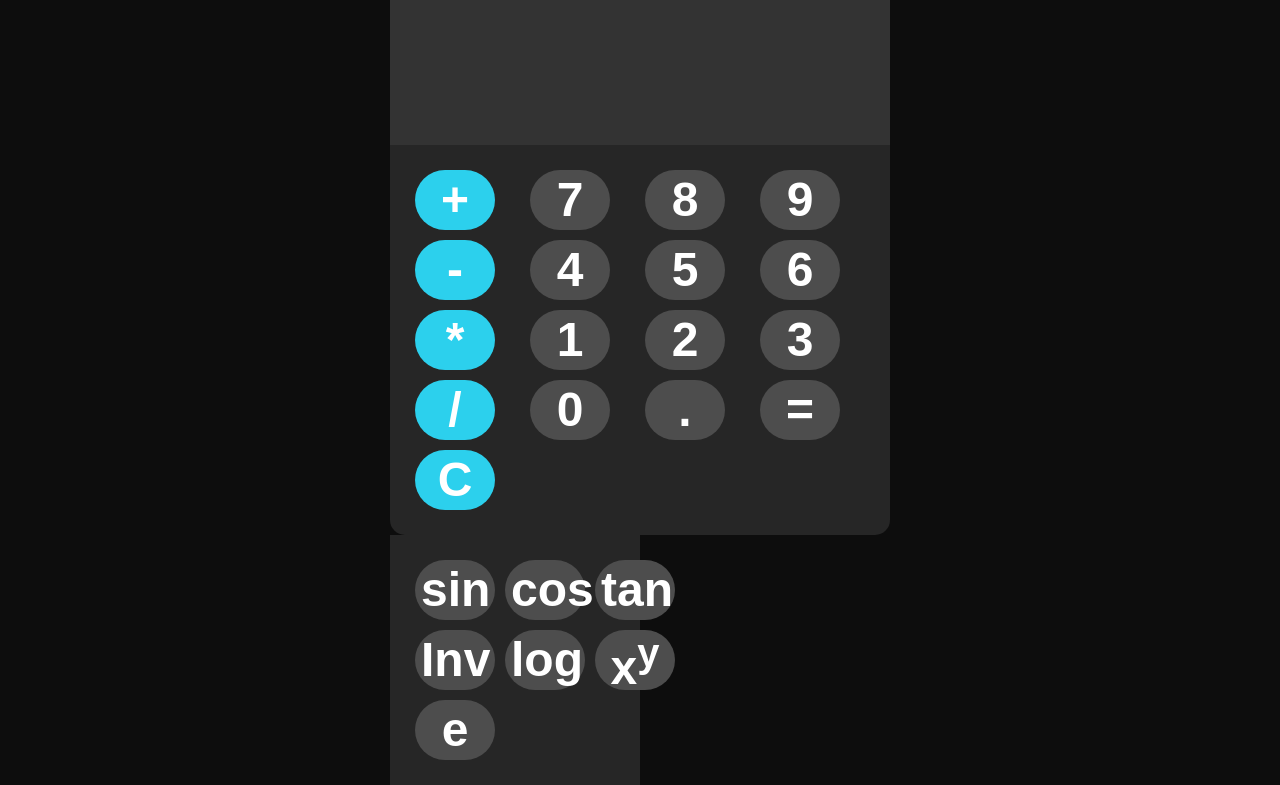
Repository: Haakim19/JavaScript
Page: Calculater/Main.html
The author's editor kept a copy of each file at every save. The page is drawn from the files as they stood at one save, then again after the next save.
The browser window is 1280 px wide. The pictures show the whole page.

Above is the page before, as saved 2024-10-23 10:02:58.

After the next save:
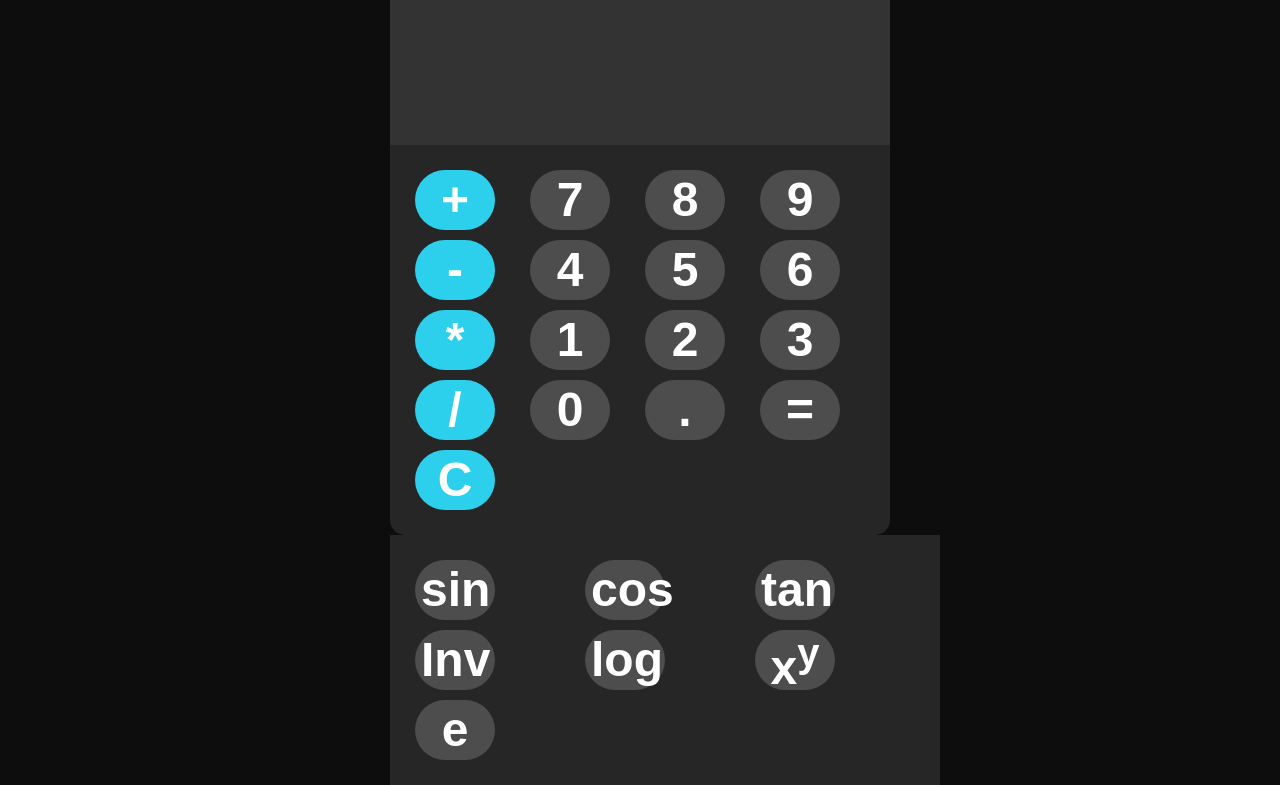
Saved 9 s later.
--- a/Calculater/Main.css
+++ b/Calculater/Main.css
@@ -24,7 +24,7 @@ body{
     gap: 10px;
     padding: 25px;
     /* display: none; */
-    max-width: 200px;
+
     width: 100%;
 
 }
